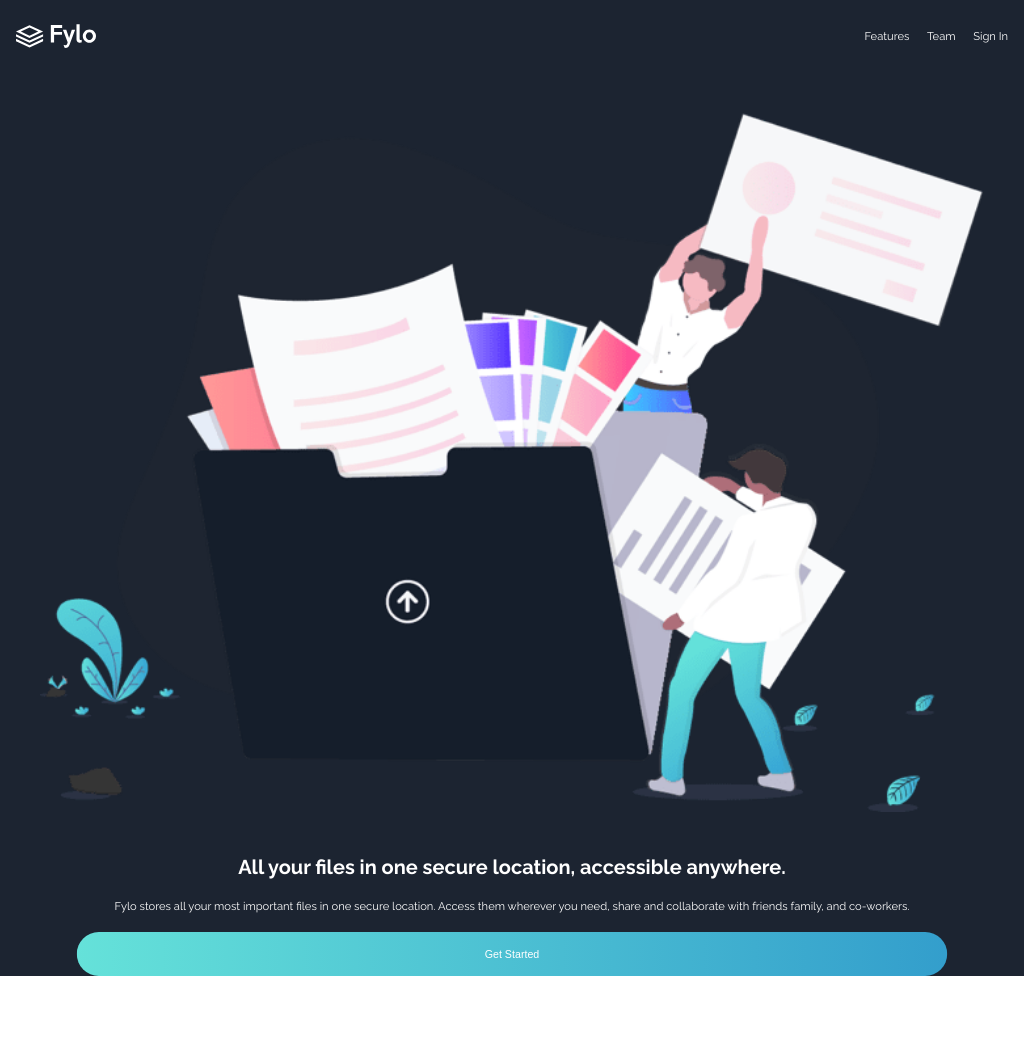
Repository: tomas938/fylo-dark-theme-landing-page-master
Page: index.html
These files come from the project's save history. The page is drawn as it stood at one moment and after a run of saves; the edit follows.
The browser window is 1280 px wide. The pictures show the whole page, at 80% of full size.
The style sheet was rebuilt from its Sass, Less or Tailwind sources for each picture, by a compiler version that may differ from the author's.

Above is the page before, as saved 2021-08-05 12:05:50.

### index.html
<!DOCTYPE html>
<html lang="en">
	<head>
		<meta charset="UTF-8" />
		<meta name="viewport" content="width=device-width, initial-scale=1.0" />
		<link
			rel="icon"
			type="image/png"
			sizes="32x32"
			href="./images/favicon-32x32.png"
		/>
		<title>
			Frontend Mentor | Fylo landing page with dark theme and features grid
		</title>
		<link rel="stylesheet" href="/scss/main.css" />
	</head>
	<body>
		<section class="intro">
			<nav class="intro__navigation">
				<img src="/images/logo.svg" alt="" />
				<ul class="intro__navigation__links">
					<li><a href="#">Features</a></li>
					<li><a href="#">Team</a></li>
					<li><a href="#">Sign In</a></li>
				</ul>
			</nav>
			<img class="bg-image" src="/images/illustration-intro.png" alt="" />
			<div class="intro__description">
				<h1>All your files in one secure location, accessible anywhere.</h1>
				<p>
					Fylo stores all your most important files in one secure location.
					Access them wherever you need, share and collaborate with friends
					family, and co-workers.
				</p>
				<button class="blue-rounded">Get Started</button>
			</div>
		</section>
		Access your files, anywhere The ability to use a smartphone, tablet, or
		computer to access your account means your files follow you everywhere.
		Security you can trust 2-factor authentication and user-controlled
		encryption are just a couple of the security features we allow to help
		secure your files. Real-time collaboration Securely share files and folders
		with friends, family and colleagues for live collaboration. No email
		attachments required. Store any type of file Whether you're sharing holidays
		photos or work documents, Fylo has you covered allowing for all file types
		to be securely stored and shared. Stay productive, wherever you are Never
		let location be an issue when accessing your files. Fylo has you covered for
		all of your file storage needs. Securely share files and folders with
		friends, family and colleagues for live collaboration. No email attachments
		required. See how Fylo works Fylo has improved our team productivity by an
		order of magnitude. Since making the switch our team has become a well-oiled
		collaboration machine. Satish Patel Founder & CEO, Huddle Fylo has improved
		our team productivity by an order of magnitude. Since making the switch our
		team has become a well-oiled collaboration machine. Bruce McKenzie Founder &
		CEO, Huddle Fylo has improved our team productivity by an order of
		magnitude. Since making the switch our team has become a well-oiled
		collaboration machine. Iva Boyd Founder & CEO, Huddle Get early access today
		It only takes a minute to sign up and our free starter tier is extremely
		generous. If you have any questions, our support team would be happy to help
		you. Get Started For Free Lorem ipsum dolor sit amet, consectetur adipiscing
		elit, sed do eiusmod tempor incididunt ut labore et dolore magna aliqua
		+1-543-123-4567 example@fylo.com About Us Jobs Press Blog Contact Us Terms
		Privacy

		<footer></footer>
	</body>
</html>

### scss/main.scss
@import "./_partials/variables";
@import "./_partials/_reset";
@import "./_partials/_intro";

### scss/_partials/_variables.scss
// COLORS //

// ### Primary //

$intro-bg: hsl(217, 28%, 15%); // intro email sign up
$main-bg: hsl(218, 28%, 13%);
$footer-bg: hsl(216, 53%, 9%);
$testimonials-bg: hsl(219, 30%, 18%);

// ### Accent //

$cayn: hsl(176, 68%, 64%); //(inside call-to-action gradient)//
$blue: hsl(198, 60%, 50%); //(inside call-to-action gradient)//
$error: hsl(0, 100%, 63%);

// ### Neutral //

$white: hsl(0, 0%, 100%);

// FONTS //

// ### Headings, Call-to-actions, Header Navigation //

@import url("https://fonts.googleapis.com/css2?family=Raleway:wght@400;700&display=swap");

$heading-font: "Raleway", sans-serif;
$heading-light: 400;
$heading-bold: 700;

// ### Body //

@import url("https://fonts.googleapis.com/css2?family=Open+Sans:wght@400;700&family=Raleway:wght@400;700&display=swap");

$body-font: "Open Sans", sans-serif;
$body-light: 400;
$body-bold: 700;

### scss/_partials/_reset.scss
* {
	margin: 0;
	padding: 0;
	box-sizing: border-box;
}
body {
	color: $white;
	font-family: $body-font;
}
html {
	font-size: 62.5%;
	// @media only screen and (max-width: 375px) {
	// 	font-size: 92.5%;
	// }
}
a {
	text-decoration: none;
}
li {
	list-style: none;
}

### scss/_partials/_intro.scss
.intro {
	background-color: $intro-bg;
	font-family: $heading-font;

	&__navigation {
		padding: 3rem 2rem;
		display: flex;
		justify-content: space-between;
	}
	img {
		width: 10rem;
		height: 2.95rem;
	}
	.bg-image {
		padding: 5rem;
		width: 100%;
		height: 100%;
		margin: auto;
	}
	&__navigation__links {
		display: flex;
		align-items: center;
	}
	li:not(:last-child) {
		margin-right: 2.2rem;
	}
	a {
		color: $white;

		font-weight: $heading-light;
		font-size: 1.4rem;
	}
	&__description {
		width: 85%;
		margin: auto;
		display: flex;
		flex-direction: column;
		grid-gap: 2rem;
	}
	h1 {
		font-size: 2.5rem;
		text-align: center;
		line-height: 3.5rem;
	}
	p {
		font-size: 1.4rem;
		line-height: 2.3rem;
		text-align: center;
	}
	.blue-rounded {
		border: none;
		outline: none;
		color: $white;
		background-image: linear-gradient(to right, $cayn, $blue);
		padding: 2rem 10rem;
		border-radius: 3rem;
	}
}

After the next 2 saves:
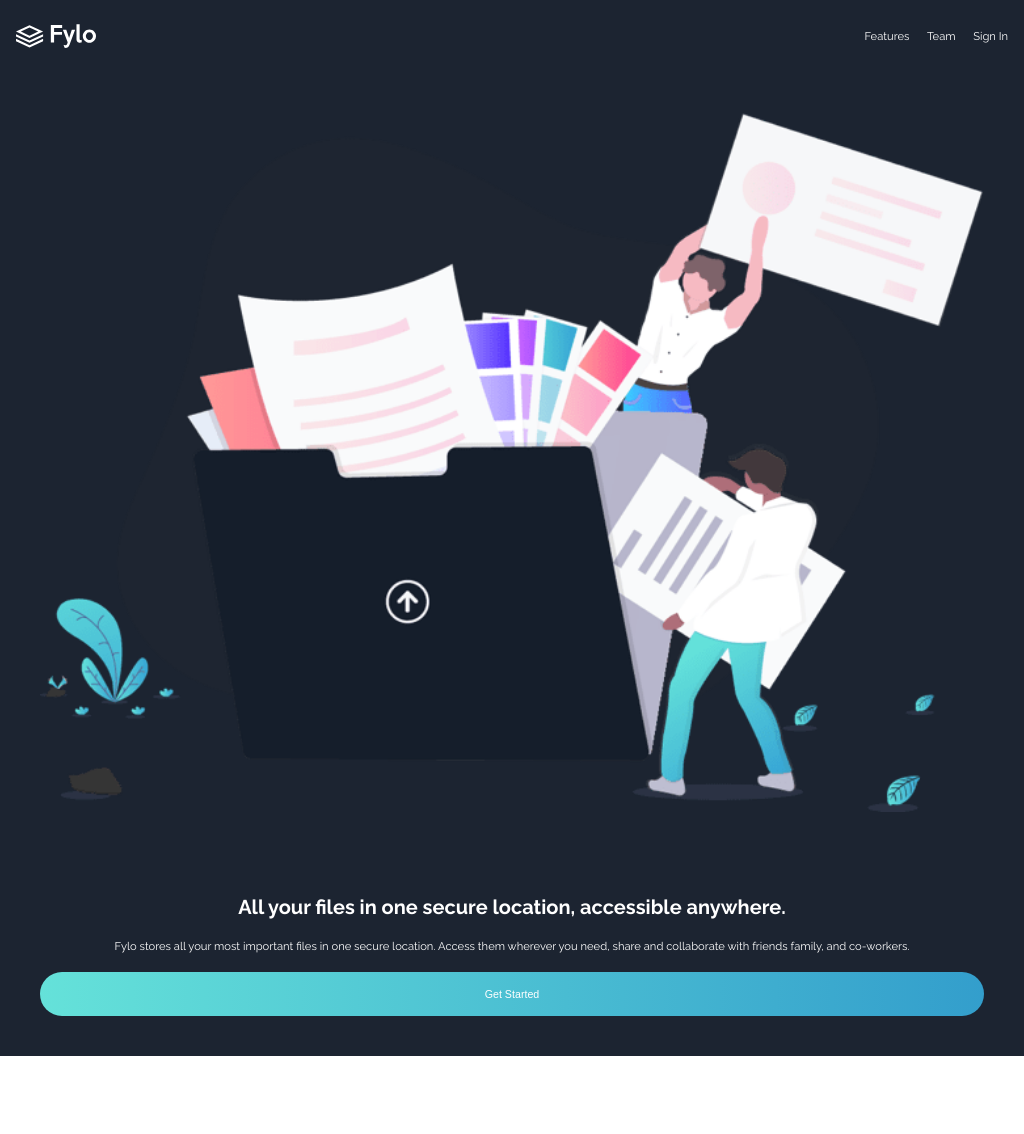
The 2 saves are shown as one change because they came seconds apart.
The last was saved 22 s later.
--- a/scss/_partials/_intro.scss
+++ b/scss/_partials/_intro.scss
@@ -31,7 +31,7 @@
 		font-size: 1.4rem;
 	}
 	&__description {
-		width: 85%;
+		padding: 5rem;
 		margin: auto;
 		display: flex;
 		flex-direction: column;
